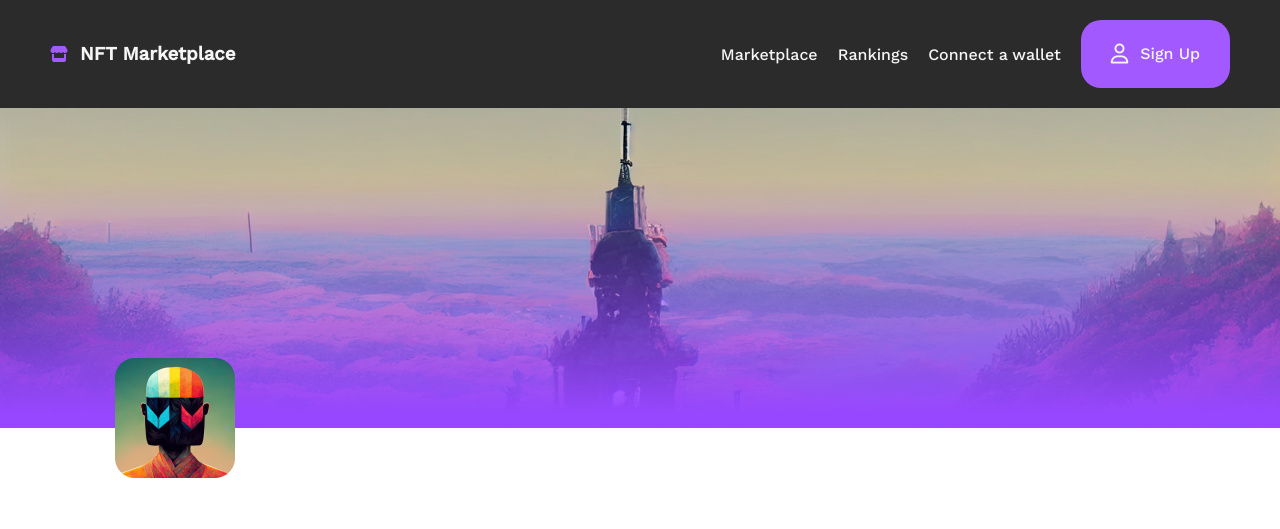
Repository: levananh202ht/NFT_Marketplace
Page: index.html
An editor plug-in stored every save of this project. The page is shown before and after the next save, followed by the edit.
The browser window is 1280 px wide. The pictures show the whole page.

Above is the page before, as saved 2023-12-09 03:17:17.

After the next save:
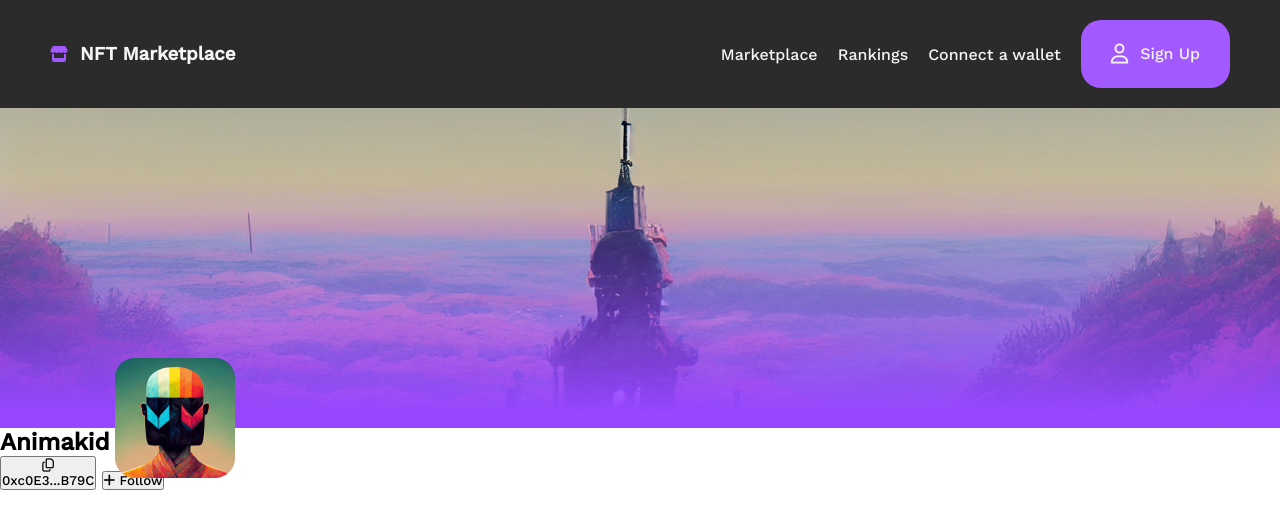
Saved 9 h 49 min later.
--- a/index.html
+++ b/index.html
@@ -37,8 +37,26 @@
         <div class="nft_profileImage">
             <img src="./assets/images/Avatar Placeholder.png" alt="">
         </div>
+        <!-- userInfo -->
+        <div class="nft_userInfo">
 
-        <div class="nft_userInfo"></div>
+            <div class="nft_userInfo-top">
+
+                <h2>Animakid</h2>
+                <button>
+                    <i class="fa-regular fa-copy"></i>
+                    <p>0xc0E3...B79C</p>
+                </button>
+                <button>
+                    <i class="fa-solid fa-plus"></i>
+                    Follow
+                </button>
+
+            </div>
+
+            <div class="nft_userInfo-bottom"></div>
+
+        </div>
 
         <div class="nft_tab"></div>
 
